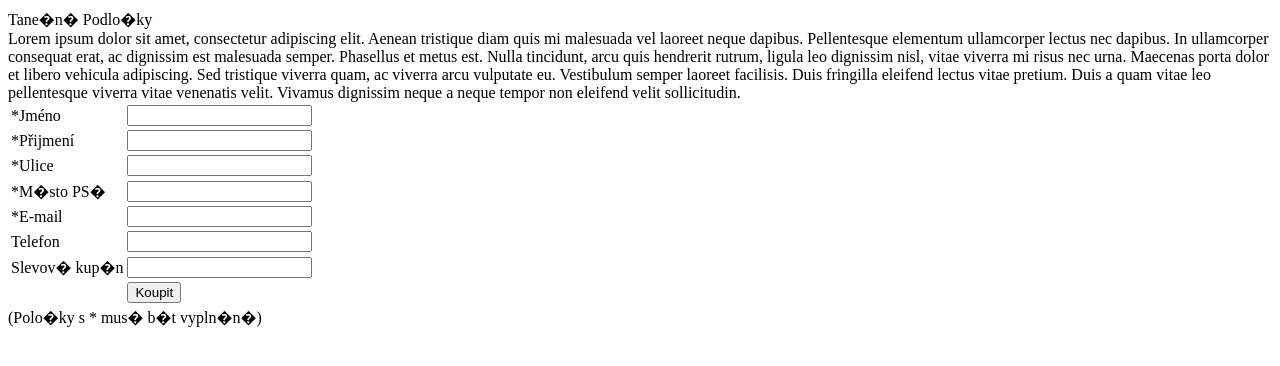
Repository: shadowroot/workspace
Page: http://localhost/
The author's editor kept a copy of each file at every save. The page is drawn from the files as they stood at one save, then again after the next save.
The browser window is 1280 px wide. The pictures show the whole page.
The page is run by PHP 8.4 with error messages shown; the project is at /var/www/html/.

Above is the page before, as saved 2011-11-30 21:08:15.

### tommys_job/index.php
<!DOCTYPE html PUBLIC "-//W3C//DTD XHTML 1.0 Transitional//EN" "http://www.w3.org/TR/xhtml1/DTD/xhtml1-transitional.dtd">
<html>
<head>
<title>Title of the document</title>
</head>
<body>
	<div id="nadpis">Tane�n� Podlo�ky</div>
	<div id="predmet_foto"></div>
	<div id="info">Lorem ipsum dolor sit amet, consectetur adipiscing elit.
		Aenean tristique diam quis mi malesuada vel laoreet neque dapibus.
		Pellentesque elementum ullamcorper lectus nec dapibus. In ullamcorper
		consequat erat, ac dignissim est malesuada semper. Phasellus et metus
		est. Nulla tincidunt, arcu quis hendrerit rutrum, ligula leo dignissim
		nisl, vitae viverra mi risus nec urna. Maecenas porta dolor et libero
		vehicula adipiscing. Sed tristique viverra quam, ac viverra arcu
		vulputate eu. Vestibulum semper laoreet facilisis. Duis fringilla
		eleifend lectus vitae pretium. Duis a quam vitae leo pellentesque
		viverra vitae venenatis velit. Vivamus dignissim neque a neque tempor
		non eleifend velit sollicitudin.</div>
	<div id="cena"></div>
	<div id="nova_cena"></div>

	<div id="div_form">


	<?php
	if(isset($_GET['error']) && $_GET['error'] == 1){
		echo '<div class="error">Nevyplnili jste správně formulář!</div>';
	}
	if(isset($_GET['error']) && $_GET['error'] == 0){
		echo '<div class="error">Zboží bylo obědnáno</div>';
	}
	?>
		<form action="process.php" method="post">
			<table id="form">
				<tr class="form_col">
					<td>*Jméno</td>
					<td><input type="text" size="20" name="jmeno"
						value="<?php if(isset($_GET['jmeno'])){echo $_GET['jmeno'];} ?>" />
					</td>
				</tr>
				<tr class="form_col">
					<td>*Přijmení</td>
					<td><input type="text" size="20" name="prijmeni"
						value="<?php if(isset($_GET['prijmeni'])){echo $_GET['prijmeni'];} ?>" />
					</td>
				</tr>
				<tr class="form_col">
					<td>*Ulice</td>
					<td><input type="text" size="20" name="ulice"
						value="<?php if(isset($_GET['ulice']))echo $_GET['ulice']; ?>" />
					</td>
				</tr>
				<tr class="form_col">
					<td>*M�sto PS�</td>
					<td><input type="text" size="20" name="mesto"
						value="<?php if(isset($_GET['mesto']))echo $_GET['mesto']; ?>" />
					</td>
				</tr>
				<tr class="form_col">
					<td>*E-mail</td>
					<td><input type="text" size="20" name="email"
						value="<?php if(isset($_GET['email']))echo $_GET['email']; ?>" />
					</td>
				</tr>
				<tr class="form_col">
					<td>Telefon</td>
					<td><input type="text" size="20" name="telefon"
						value="<?php if(isset($_GET['tel']))echo $_GET['tel']; ?>" /></td>
				</tr>
				<tr class="form_col">
					<td>Slevov� kup�n</td>
					<td><input type="text" size="20" name="sleva"
						value="<?php if(isset($_GET['sleva']))echo $_GET['sleva']; ?>" />
					</td>
				</tr>
				<tr>
					<td></td>
					<td><input type="submit" value="Koupit" /></td>
				</tr>
			</table>
			<div id="minimal">(Polo�ky s * mus� b�t vypln�n�)</div>
		</form>
	</div>
</body>
</html>

After the next save:
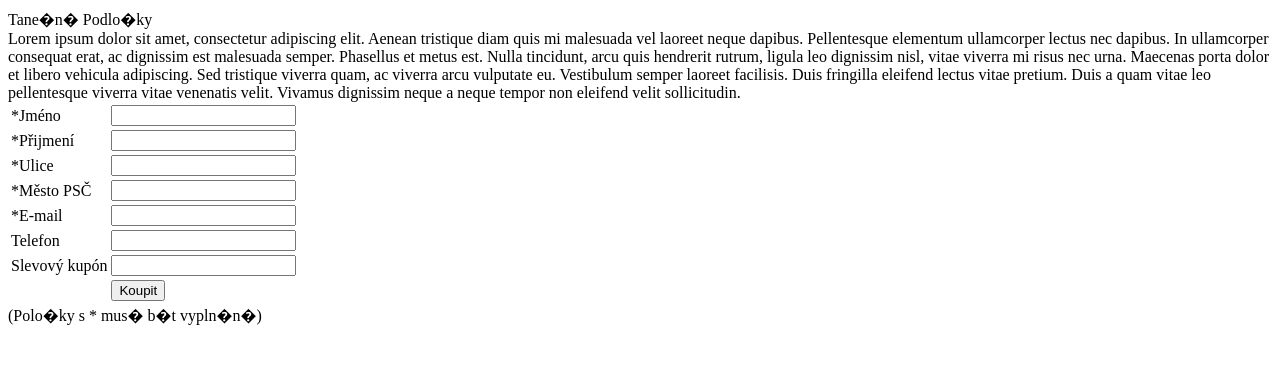
Saved 25 s later.
--- a/tommys_job/index.php
+++ b/tommys_job/index.php
@@ -52,7 +52,7 @@
 					</td>
 				</tr>
 				<tr class="form_col">
-					<td>*M�sto PS�</td>
+					<td>*Město PSČ</td>
 					<td><input type="text" size="20" name="mesto"
 						value="<?php if(isset($_GET['mesto']))echo $_GET['mesto']; ?>" />
 					</td>
@@ -69,7 +69,7 @@
 						value="<?php if(isset($_GET['tel']))echo $_GET['tel']; ?>" /></td>
 				</tr>
 				<tr class="form_col">
-					<td>Slevov� kup�n</td>
+					<td>Slevový kupón</td>
 					<td><input type="text" size="20" name="sleva"
 						value="<?php if(isset($_GET['sleva']))echo $_GET['sleva']; ?>" />
 					</td>
